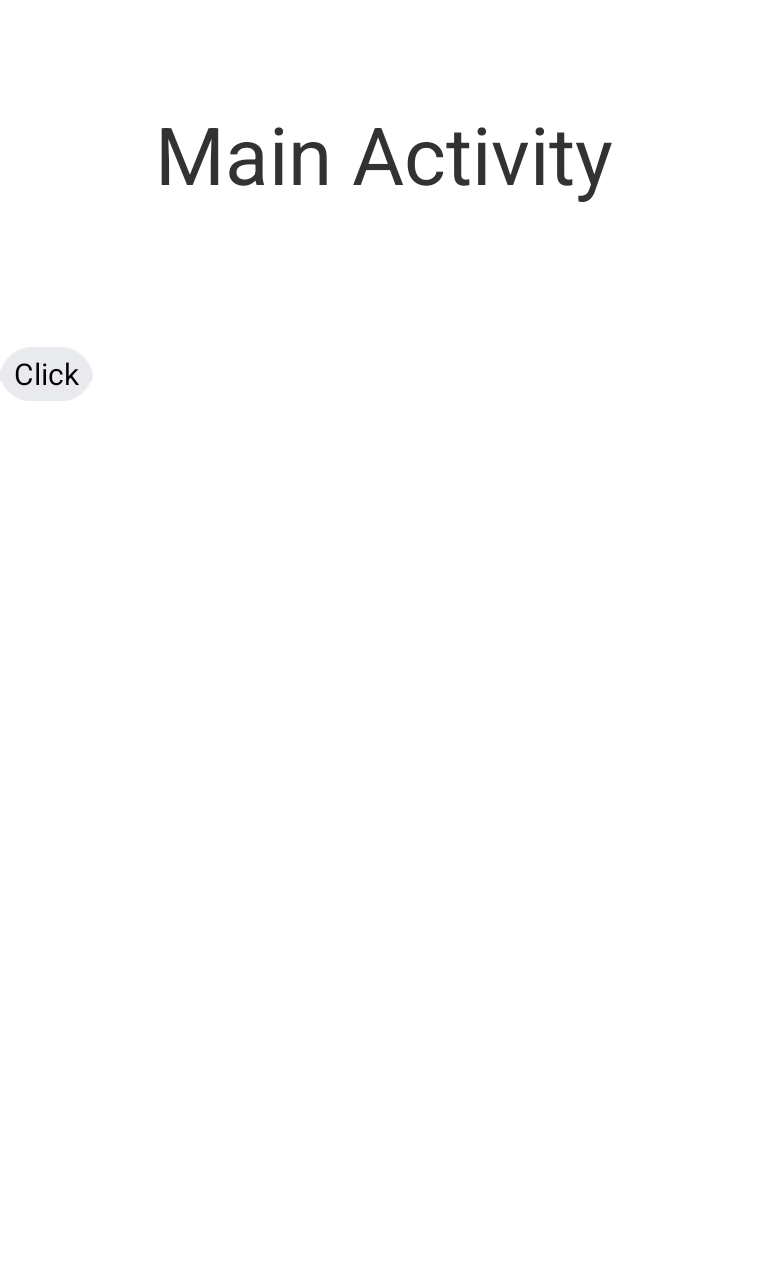
Repository: CiLiNet-Android/courseware
Layout: Android用户界面/Button/SourceCodes/ButtonDemo/res/layout/activity_main.xml
An editor plug-in stored every save of this project. The layout is shown before and after the next save, followed by the edit.
It is drawn on a 768 x 1280 px phone screen (xhdpi) without system bars, with theme AppTheme; the app's code is not run.

Above is the layout before, as saved 2014-02-23 08:00:19.

After the next save:
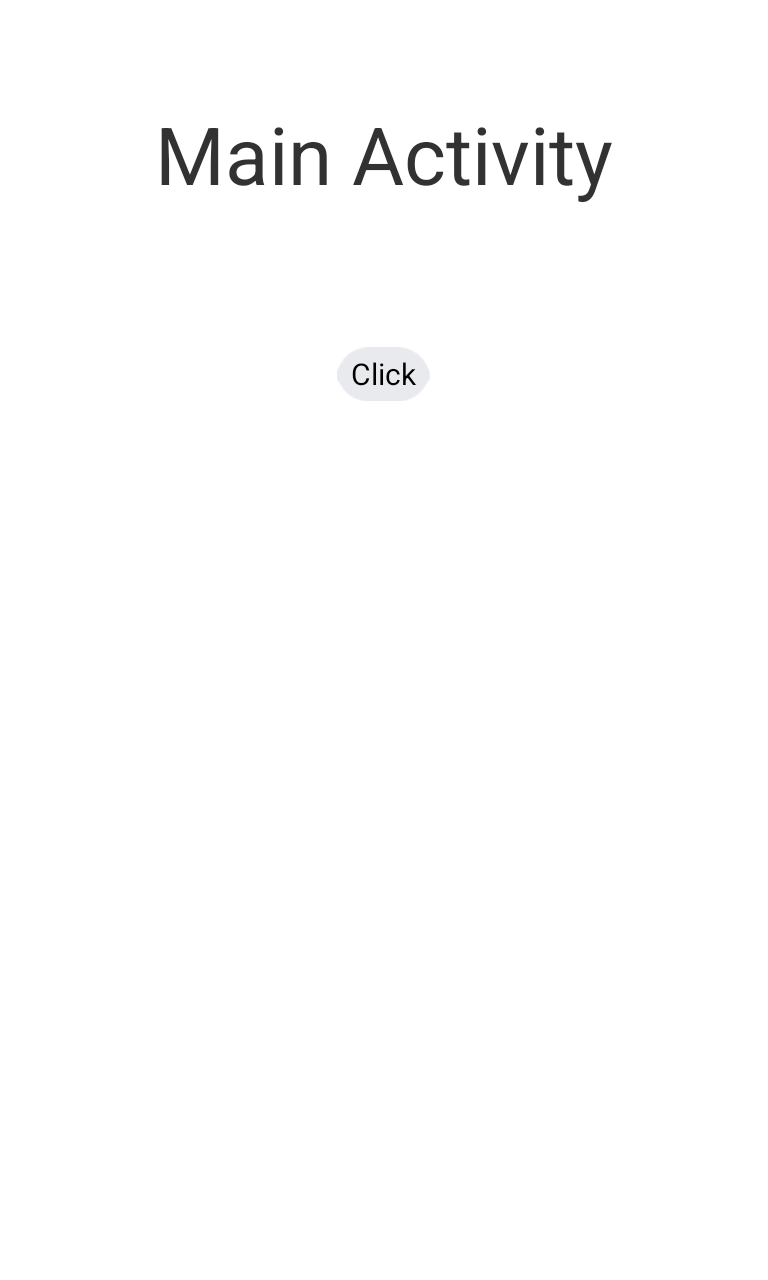
Saved 29 s later.
--- a/Android用户界面/Button/SourceCodes/ButtonDemo/res/layout/activity_main.xml
+++ b/Android用户界面/Button/SourceCodes/ButtonDemo/res/layout/activity_main.xml
@@ -2,7 +2,8 @@
 <LinearLayout xmlns:android="http://schemas.android.com/apk/res/android"
     android:layout_width="match_parent"
     android:layout_height="match_parent"
-    android:orientation="vertical" >
+    android:orientation="vertical"
+    android:gravity="center_horizontal">
 
     <TextView
         android:layout_width="match_parent"
